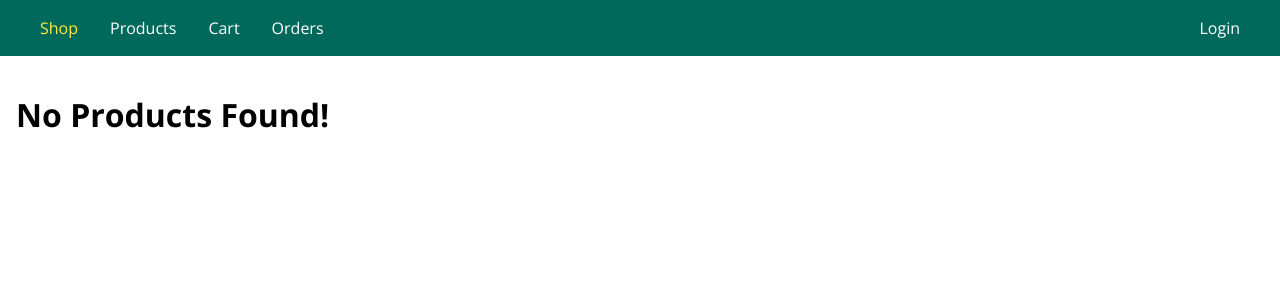
Repository: petref/RASPCODES
Page: http://localhost/
The author's editor kept a copy of each file at every save. The page is drawn from the files as they stood at one save, then again after the next save.
The browser window is 1280 px wide. The pictures show the whole page.
The page is served by the project's Node server (app.js). Other server files are loaded and not shown. Queries for data that is not in the repository find no rows.

Above is the page before, as saved 2020-01-14 14:37:20.

### shopNode/views/shop/index.ejs
<%- include('../includes/head.ejs') %>
    <link rel="stylesheet" href="/css/product.css">
    </head>

    <body>
        <%- include('../includes/navigation.ejs') %>

            <main>
                <% if (prods.length > 0) { %>
                    <div class="grid">
                        <% for (let product of prods) { %>
                            <article class="card product-item">
                                <header class="card__header">
                                    <h1 class="product__title">
                                        <%= product.title %>
                                    </h1>
                                </header>
                                <div class="card__image">
                                    <img src="<%= product.imageUrl %>" alt="<%= product.title %>">
                                </div>
                                <div class="card__content">
                                    <h2 class="product__price">$
                                        <%= product.price %>
                                    </h2>
                                    <p class="product__description">
                                        <%= product.description %>
                                    </p>
                                </div>
                                <div class="card__actions">
                                    <%-  include('../includes/add-to-cart.ejs', {product: product}) %>
                                </div>
                            </article>
                            <% } %>
                    </div>
                    <% } else { %>
                        <h1>No Products Found!</h1>
                        <% } %>
            </main>
            <%- include('../includes/end.ejs') %>

### shopNode/views/includes/navigation.ejs
<div class="backdrop"></div>
<header class="main-header">
    <button id="side-menu-toggle">Menu</button>
    <nav class="main-header__nav">
        <ul class="main-header__item-list">
            <li class="main-header__item">
                <a class="<%= path === '/' ? 'active' : '' %>" href="/">Shop</a>
            </li>
            <li class="main-header__item">
                <a class="<%= path === '/products' ? 'active' : '' %>" href="/products">Products</a>
            </li>
            <li class="main-header__item">
                <a class="<%= path === '/cart' ? 'active' : '' %>" href="/cart">Cart</a>
            </li>
            <li class="main-header__item">
                <a class="<%= path === '/orders' ? 'active' : '' %>" href="/orders">Orders</a>
            </li>
            <% if(isAuthenticated) { %>
                <li class="main-header__item">
                    <a class="<%= path === '/admin/add-product' ? 'active' : '' %>" href="/admin/add-product">Add Product
                </a>
                </li>
                <li class="main-header__item">
                    <a class="<%= path === '/admin/products' ? 'active' : '' %>" href="/admin/products">Admin Products
                </a>
                </li>
                <% } %>

        </ul>
        <ul class="main-header__item-list">
            <li class="main-header__item">
                <a class="<%= path === '/login' ? 'active' : '' %>" href="/login">Login</a>
            </li>
        </ul>
    </nav>
</header>

<nav class="mobile-nav">
    <ul class="mobile-nav__item-list">
        <li class="mobile-nav__item">
            <a class="<%= path === '/' ? 'active' : '' %>" href="/">Shop</a>
        </li>
        <li class="mobile-nav__item">
            <a class="<%= path === '/products' ? 'active' : '' %>" href="/products">Products</a>
        </li>
        <li class="mobile-nav__item">
            <a class="<%= path === '/cart' ? 'active' : '' %>" href="/cart">Cart</a>
        </li>
        <li class="mobile-nav__item">
            <a class="<%= path === '/orders' ? 'active' : '' %>" href="/orders">Orders</a>
        </li>
        <li class="mobile-nav__item">
            <a class="<%= path === '/admin/add-product' ? 'active' : '' %>" href="/admin/add-product">Add Product
                    </a>
        </li>
        <li class="mobile-nav__item">
            <a class="<%= path === '/admin/products' ? 'active' : '' %>" href="/admin/products">Admin Products
                    </a>
        </li>
    </ul>
</nav>

### shopNode/app.js
const path = require('path');
const mongoose = require('mongoose');
const session = require('express-session');
const mongoDBStore = require('connect-mongodb-session')(session);

const express = require('express');
const bodyParser = require('body-parser');

const errorController = require('./controllers/error');
const User = require('./models/user')

const MONGODB_URI = 'mongodb+srv://petroupb:Transport%40poli2019@cluster0-zo0ok.mongodb.net/test';

const app = express();
const store = new mongoDBStore({
    uri: MONGODB_URI,
    collection: 'sessions'
});

app.set('view engine', 'ejs');
app.set('views', 'views');

const adminRoutes = require('./routes/admin');
const shopRoutes = require('./routes/shop');
const authRoutes = require('./routes/auth')

app.use((req, res, next) => {
    User.findById("5e191cec9a261b48ec442cd7")
        .then(user => {
            req.user = user;
            next();
        })
        .catch(err => {
            console.log(err)
        })
})

// TEST THE SQL CONNECTION POOLS
//  db.execute('SELECT * FROM products')
//     .then((result) => {
//         console.log(result[0])
//     })
//     .catch((err) => {
//         console.log(err);
//     });

app.use(bodyParser.urlencoded({ extended: false }));
app.use(express.static(path.join(__dirname, 'public')));
app.use(
    session({
        secret: 'mySession Secret',
        resave: false,
        saveUninitialized: false,
        store: store
    }))


app.use('/admin', adminRoutes);
app.use(shopRoutes);
app.use(authRoutes);

app.use(errorController.get404);

// mongoConnect(() => {
//     app.listen(3000)
// })

mongoose.connect(MONGODB_URI, { useNewUrlParser: true })
    .then(result => {
        User.findOne().then(user => {
            if (!user) {
                const user = new User({
                    name: 'Max',
                    email: "max@max.com",
                    cart: {
                        items: []
                    }
                });
            }
            user.save();
        })
        app.listen(3000);
    })
    .catch(err => { console.log(err) });

### shopNode/controllers/shop.js
const Product = require('../models/product');
const Order = require('../models/order');

exports.getProducts = (req, res, next) => {
    Product.find()
        .then(products => {
            console.log(req.isLoggedIn)
            res.render('shop/product-list', {
                prods: products,
                pageTitle: 'All products',
                path: '/products',
                isAuthenticated: req.isLoggedIn
            })
        })
        .catch(err => {
            console.log(err)
        })
};

exports.getProduct = (req, res, next) => {
    const prodId = req.params.productId;
    Product.findById(prodId)
        .then((product) => {
            console.log(product);
            res.render('shop/product-detail', {
                product: product,
                pageTitle: product.pageTitle,
                path: '/products',
                isAuthenticated: req.isLoggedIn
            })
        })
        .catch(err => {
            console.log(err)
        })
}

exports.getIndex = (req, res, next) => {
    Product.find()
        .then(products => {
            res.render('shop/index', {
                prods: products,
                pageTitle: 'Shop',
                path: '/',
                isAuthenticated: req.isLoggedIn
            })
        })
        .catch(err => {
            console.log(err)
        })
}





exports.getCart = (req, res, next) => {
    req.user
        .populate('cart.items.productId')
        .execPopulate()
        .then(user => {

            console.log(user.cart.items)
            const products = user.cart.items
            res.render('shop/cart', {
                path: '/cart',
                pageTitle: 'MyCart',
                products: products,
                isAuthenticated: req.isLoggedIn
            })
        })
}

exports.postCart = (req, res, next) => {
    const prodId = req.body.productId;
    Product.findById(prodId)
        .then(product => {
            return req.user.addToCart(product);
        })
        .then(result => {
            res.redirect('/cart')
        })
}

exports.postCartDeleteProduct = (req, res, next) => {
    const prodId = req.body.productId
    req.user.removeFromCart(prodId)
        .then(result => {
            res.redirect('/cart')
        })
        .catch(err => { console.log(err) })
}

exports.postOrder = (req, res, next) => {
    req.user
        .populate('cart.items.productId')
        .execPopulate()
        .then(user => {
            const products = user.cart.items.map(i => {
                return {
                    quantity: i.quantity,
                    product: {...i.productId._doc }
                }
            });
            const order = new Order({
                user: {
                    name: req.user.name,
                    userId: req.user
                },
                products: products

            })
            return order.save()
                .then(result => {
                    req.user.clearCart();
                })
                .then(() => {
                    res.redirect('/orders')
                })
                .catch(err => {
                    console.log(err)
                })
        })
}


exports.getOrders = (req, res, next) => {
    Order.find({ 'user.userId': req.user._id })
        .then(orders => {
            res.render('shop/orders', {
                path: '/orders',
                pageTitle: 'MyOrders',
                orders: orders,
                isAuthenticated: req.isLoggedIn
            })

        })
        .catch(err => { console.log(err) })
}

### shopNode/public/css/main.css
@import url('https://fonts.googleapis.com/css?family=Open+Sans:400,700');
* {
    box-sizing: border-box;
}

body {
    padding: 0;
    margin: 0;
    font-family: 'Open Sans', sans-serif;
}

main {
    padding: 1rem;
    margin: auto;
}

form {
    display: inline;
}

.centered {
    text-align: center;
}

.image {
    height: 20rem;
}

.image img {
    height: 100%;
}

img {
    height: 20rem;
    object-fit: cover;
}

.main-header {
    width: 100%;
    height: 3.5rem;
    background-color: #00695c;
    padding: 0 1.5rem;
    display: flex;
    align-items: center;
}

.main-header__nav {
    height: 100%;
    width: 100%;
    display: flex;
    align-items: center;
    justify-content: space-between;
}

.main-header__item-list {
    list-style: none;
    margin: 0;
    padding: 0;
    display: flex;
}

.main-header__item {
    margin: 0 1rem;
    padding: 0;
}

.main-header__item a {
    text-decoration: none;
    color: white;
}

.main-header__item a:hover,
.main-header__item a:active,
.main-header__item a.active {
    color: #ffeb3b;
}

.mobile-nav {
    width: 30rem;
    height: 100vh;
    max-width: 90%;
    position: fixed;
    left: 0;
    top: 0;
    background: white;
    z-index: 10;
    padding: 2rem 1rem 1rem 2rem;
    transform: translateX(-100%);
    transition: transform 0.3s ease-out;
}

.mobile-nav.open {
    transform: translateX(0);
}

.mobile-nav__item-list {
    list-style: none;
    display: flex;
    flex-direction: column;
    margin: 0;
    padding: 0;
}

.mobile-nav__item {
    margin: 1rem;
    padding: 0;
}

.mobile-nav__item a {
    text-decoration: none;
    color: black;
    font-size: 1.5rem;
    padding: 0.5rem 2rem;
}

.mobile-nav__item a:active,
.mobile-nav__item a:hover,
.mobile-nav__item a.active {
    background: #00695c;
    color: white;
    border-radius: 3px;
}

#side-menu-toggle {
    border: 1px solid white;
    font: inherit;
    padding: 0.5rem;
    display: block;
    background: transparent;
    color: white;
    cursor: pointer;
}

#side-menu-toggle:focus {
    outline: none;
}

#side-menu-toggle:active,
#side-menu-toggle:hover {
    color: #ffeb3b;
    border-color: #ffeb3b;
}

.backdrop {
    position: fixed;
    top: 0;
    left: 0;
    width: 100%;
    height: 100vh;
    background: rgba(0, 0, 0, 0.5);
    z-index: 5;
    display: none;
}

.grid {
    display: flex;
    flex-wrap: wrap;
    justify-content: space-around;
    align-items: stretch;
}

.card {
    box-shadow: 0 2px 8px rgba(0, 0, 0, 0.26);
}

.card__header,
.card__content {
    padding: 1rem;
}

.card__header h1,
.card__content h1,
.card__content h2,
.card__content p {
    margin: 0;
}

.card__image {
    width: 100%;
}

.card__image img {
    width: 100%;
}

.card__actions {
    padding: 1rem;
    text-align: center;
}

.card__actions button,
.card__actions a {
    margin: 0 0.25rem;
}

.btn {
    display: inline-block;
    padding: 0.25rem 1rem;
    text-decoration: none;
    font: inherit;
    border: 1px solid #00695c;
    color: #00695c;
    background: white;
    border-radius: 3px;
    cursor: pointer;
}

.btn:hover,
.btn:active {
    background-color: #00695c;
    color: white;
}

.btn.danger {
    color: red;
    border-color: red;
}

.btn.danger:hover,
.btn.danger:active {
    background: red;
    color: white;
}

@media (min-width: 768px) {
    .main-header__nav {
        display: flex;
    }
    #side-menu-toggle {
        display: none;
    }
}

Loaded but not shown: shopNode/views/includes/head.ejs (common file); shopNode/views/includes/end.ejs (common file); shopNode/public/css/product.css (common file); shopNode/public/js/main.js (common file)

After the next save:
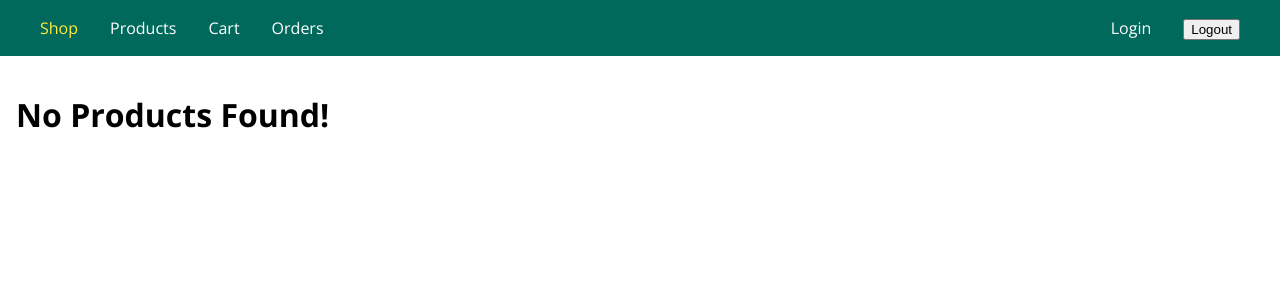
Saved 7 min 22 s later.
--- a/shopNode/views/includes/navigation.ejs
+++ b/shopNode/views/includes/navigation.ejs
@@ -31,6 +31,12 @@
             <li class="main-header__item">
                 <a class="<%= path === '/login' ? 'active' : '' %>" href="/login">Login</a>
             </li>
+            <li class="main-header__item">
+
+                <form action='/logout' method="post">
+                    <button type='submit'>Logout</button>
+                </form>
+            </li>
         </ul>
     </nav>
 </header>
